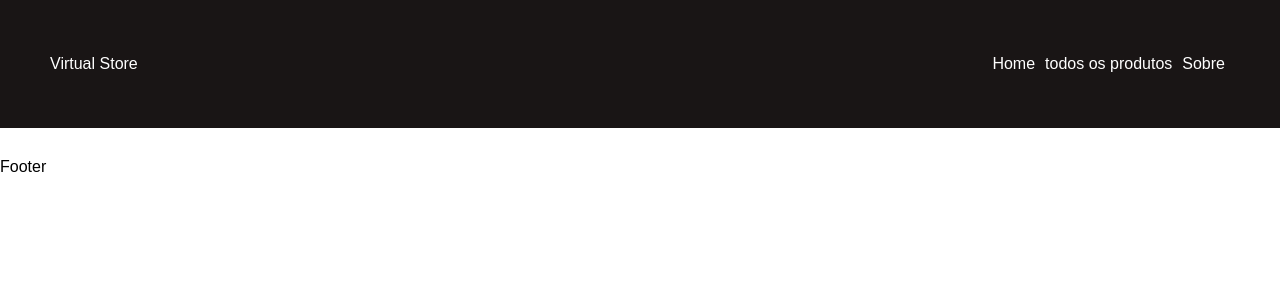
Repository: meiotera/virtuL-store
Page: /lista-de-produtos
An editor plug-in stored every save of this project. The page is shown before and after the next save, followed by the edit.
The browser window is 1280 px wide. The pictures show the whole page.
The page's requests for data from a server got no answer. The project was rebuilt for these pictures with package versions that can differ from the ones it lists, and the page was loaded fresh each time. No one was signed in, and anything a server would have sent is missing. Also part of the build but not shown: vite.config.js, src/pages/Home.jsx, src/styles/ProductCard.module.css, src/styles/Button.module.css, src/components/Button.jsx, src/components/ProductCard.jsx, src/styles/ProductDetail.module.css, src/pages/ProductDetail.jsx.

Above is the page before, as saved 2025-04-08 18:29:03.

### src/index.css
* {
  margin: 0;
  padding: 0;
  list-style: none;

  font-family: Arial, Helvetica, sans-serif;
  text-decoration: none;
  box-sizing: border-box;
}

body {
  margin: 0 auto;
}

### src/App.jsx
import { BrowserRouter, Link, Route, Routes } from 'react-router-dom';
import Header from './components/Header';
import Main from './components/Main';
import Footer from './components/Footer';
import Home from './pages/Home';
import ProductList from './pages/ProductList';
import ProductDetail from './pages/ProductDetail';

function App() {
  return (
    <BrowserRouter>
      <Header />

      <Main>
        <Routes>
          <Route path="/" element={<Home />} />
          <Route path="/lista-de-produtos" element={<ProductList />} />
          <Route
            path="/lista-de-produtos/:title/:id"
            element={<ProductDetail />}
          />
        </Routes>
      </Main>

      <Footer />
    </BrowserRouter>
  );
}

export default App;

### src/components/Header.jsx
import React from 'react';
import styles from '../styles/Header.module.css';

const Header = () => {
  return (
    <header className={styles.header}>
      <div className={styles.containerHeader}>
        <div>Virtual Store</div>

        <div className={styles.navContainer}>
          <nav>
            <a href="">Home</a>
            <a href="">todos os produtos</a>
            <a href="">Sobre</a>
          </nav>
        </div>
      </div>
    </header>
  );
};

export default Header;

### src/components/Main.jsx
import React from 'react';
import styles from '../styles/Main.module.css';

const Main = ({ children }) => {
  return <main className={styles.main}>{children}</main>;
};

export default Main;

### src/components/Footer.jsx
import React from 'react';
import styles from '../styles/Footer.module.css';

const Footer = () => {
  return <footer>Footer</footer>;
};

export default Footer;

### src/pages/ProductList.jsx
import React, { useEffect, useState } from 'react';
import { getAllProducts } from '../services/api';
import ProductCard from '../components/ProductCard';

import styles from '../styles/ProductList.module.css';

const ProductList = () => {
  const [products, setProdutcts] = useState([]);

  useEffect(() => {
    const fetchData = async () => {
      const data = await getAllProducts();
      setProdutcts(data);
    };

    fetchData();
  }, []);

  console.log(products);

  return (
    <div className={styles.containerProducts}>
      {products.map((product) => (
        <ProductCard
          key={product.id}
          id={product.id}
          title={product.title}
          image={product.image}
          rating={product.rating}
          price={product.price}
        />
      ))}
    </div>
  );
};

export default ProductList;

### src/styles/Header.module.css
.header {
  background-color: #191515;
  padding: 30px;
  margin-bottom: 30px;
  color: #fff;
}

.containerHeader {
  max-width: 1440px;
  display: flex;
  justify-content: space-between;
  flex-wrap: wrap;
  align-items: center;
  padding: 20px;
  margin: 0 auto;
}

.navContainer nav {
  display: flex;
  align-items: center;
}

.navContainer a {
  padding: 5px;

  color: #fff;
  text-decoration: none;
}

### src/styles/Main.module.css
.main {
  max-width: 1440px;
  margin: 0 auto;
}

### src/services/api.js
const BASE_URL = 'https://fakestoreapi.com';

// buscar todos os produtos
export const getAllProducts = async () => {
  const res = await fetch(`${BASE_URL}/products`);
  const data = await res.json();

  return data;
};

export const getASingleProduct = async (id) => {
  const res = await fetch(`${BASE_URL}/products/${id}`);
  const data = await res.json();

  return data;
};

### src/styles/ProductList.module.css
.containerProducts {
  display: flex;
  flex-wrap: wrap;
  justify-content: center;
  align-items: center;
  width: 100%;
  gap: 20px;
}

@media (min-width: 960px) {
  .containerProducts {
    justify-content: space-between;
  }
}

### src/styles/Footer.module.css
.footer {
  padding: 30px;
}

Loaded but not shown: index.html (common file); src/main.jsx (common file)

After the next save:
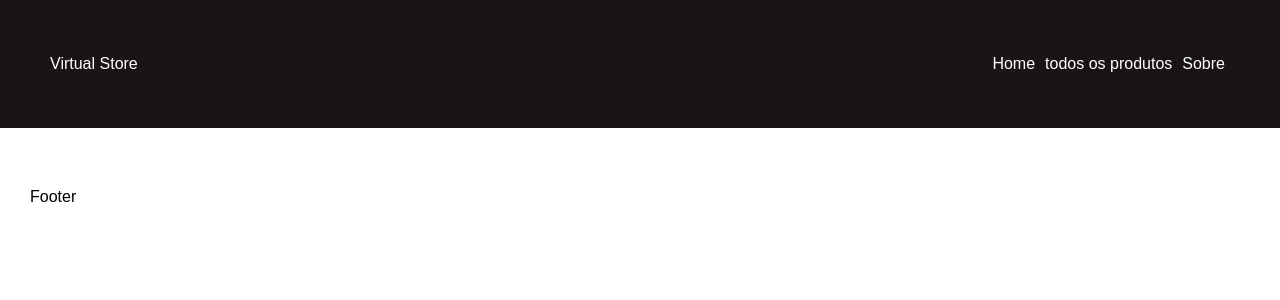
Saved 12 s later.
--- a/src/components/Footer.jsx
+++ b/src/components/Footer.jsx
@@ -2,7 +2,7 @@ import React from 'react';
 import styles from '../styles/Footer.module.css';
 
 const Footer = () => {
-  return <footer>Footer</footer>;
+  return <footer className={styles.footer}>Footer</footer>;
 };
 
 export default Footer;
